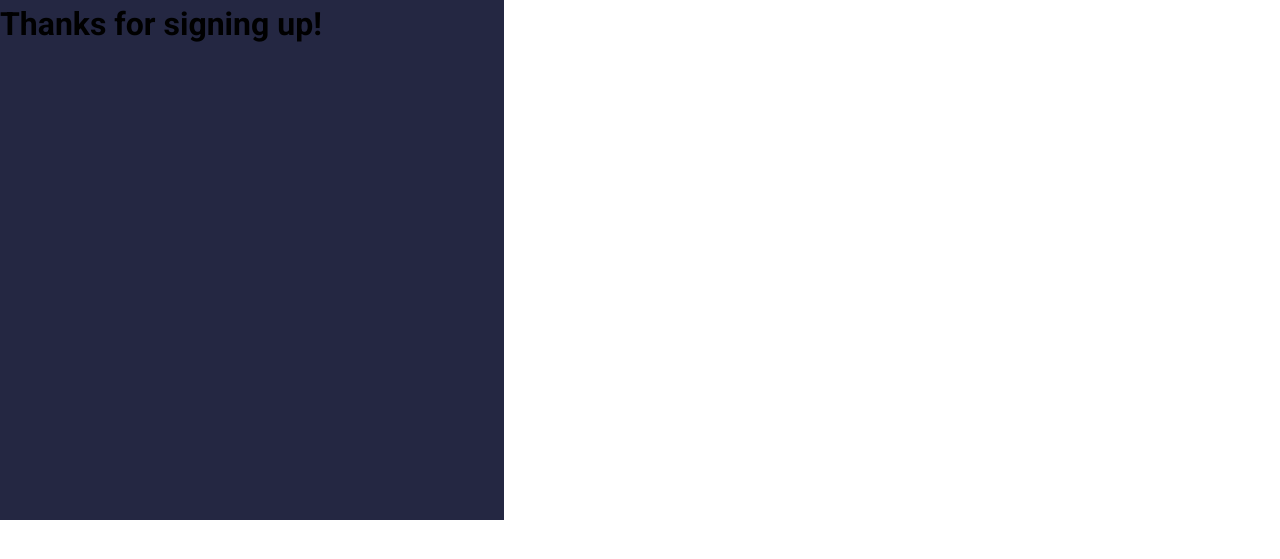
Repository: brandontaylor1/newsletter-signup
Page: success.html
The author's editor kept a copy of each file at every save. The page is drawn from the files as they stood at one save, then again after the next save.
The browser window is 1280 px wide. The pictures show the whole page.

Above is the page before, as saved 2025-01-19 22:30:18.

After the next save:
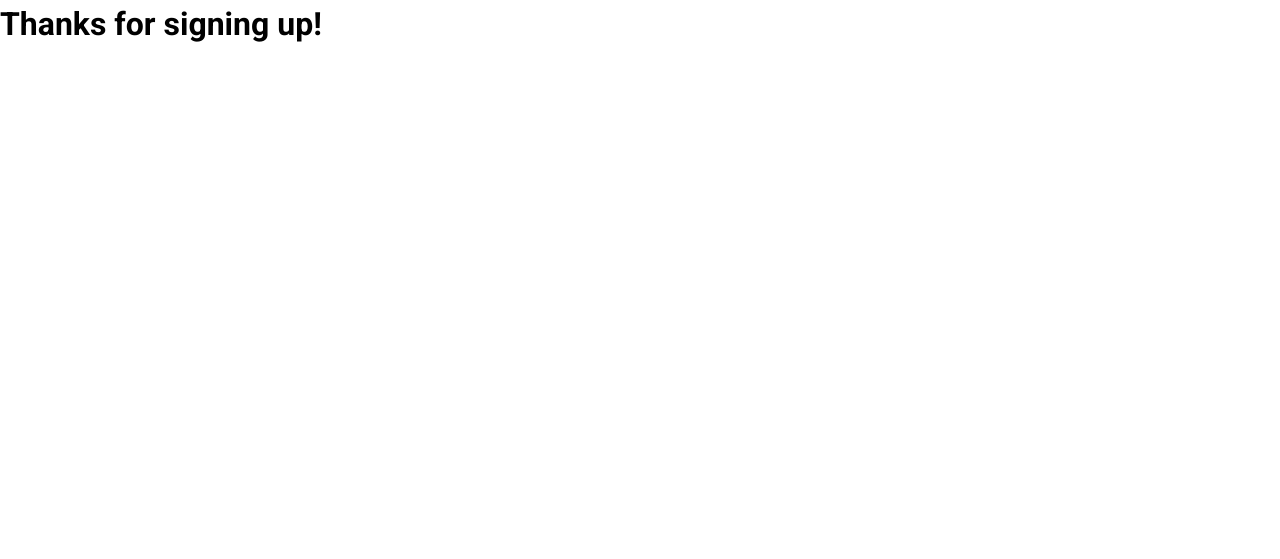
Saved 14 s later.
--- a/success.css
+++ b/success.css
@@ -34,6 +34,6 @@
 .success-card {
     width: 504px;
     height: 520px;
-    background-color: var(--neutral-color-darkGray);
+    background-color: var(--neutral-color-white);
 
 }
